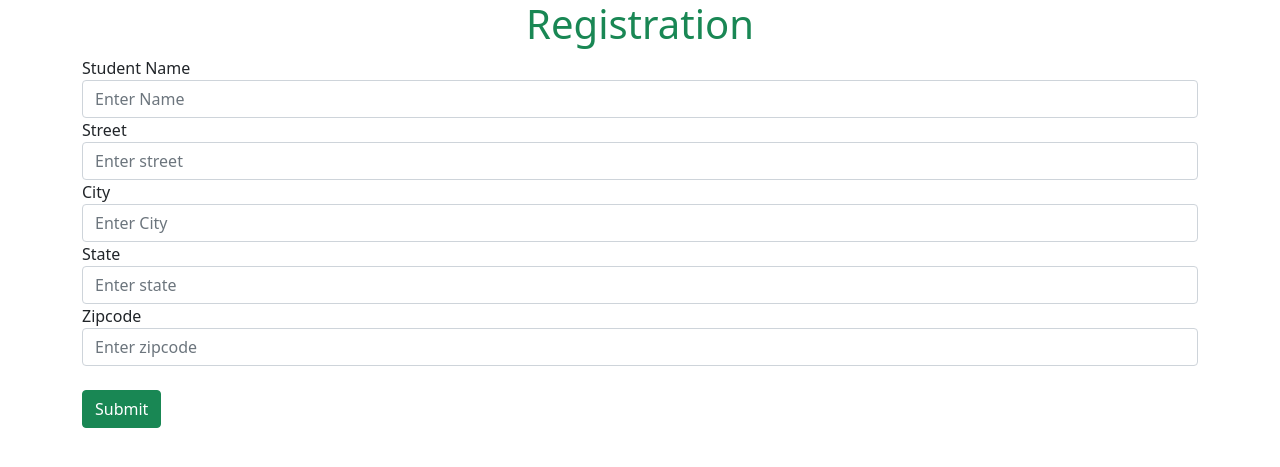
Repository: Laxman877/PracticeJava
Page: http://localhost/HibernateAssingment_004/
The author's editor kept a copy of each file at every save. The page is drawn from the files as they stood at one save, then again after the next save.
The browser window is 1280 px wide. The pictures show the whole page.
The page is served by Tomcat 9.

Above is the page before, as saved 2022-07-23 05:28:39.

After the next save:
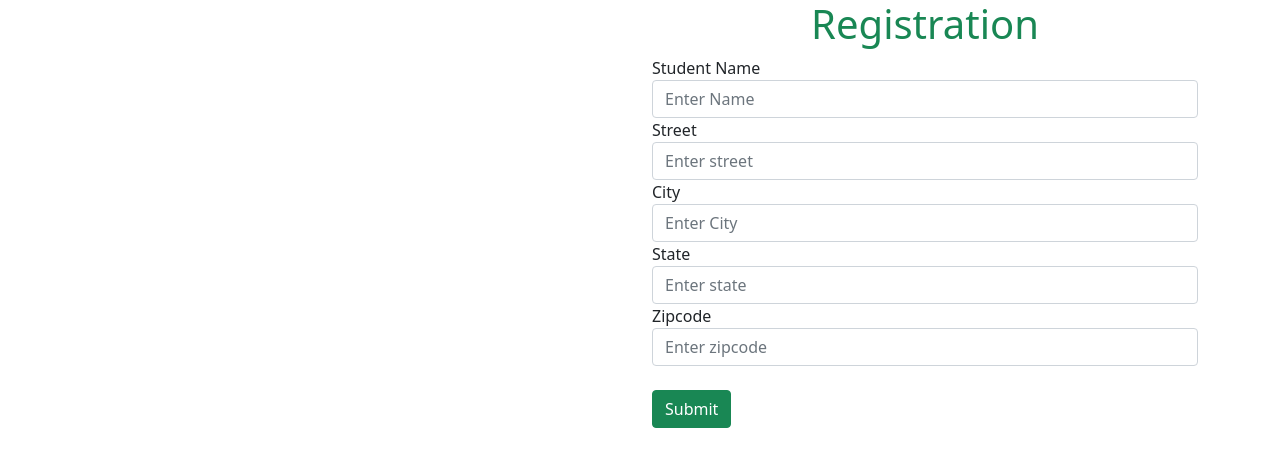
Saved 21 s later.
--- a/HibernateAssingment_004/src/main/webapp/index.jsp
+++ b/HibernateAssingment_004/src/main/webapp/index.jsp
@@ -20,6 +20,7 @@
 <body>
 	<div class="container">
 		<div class="row">
+		<div class="col md-4"></div>
 			<div class="col md-4 m-auto">
 				<h1 class="text-success" align="center">Registration</h1>
 				<form action="reg">

After the 5 saves that followed:
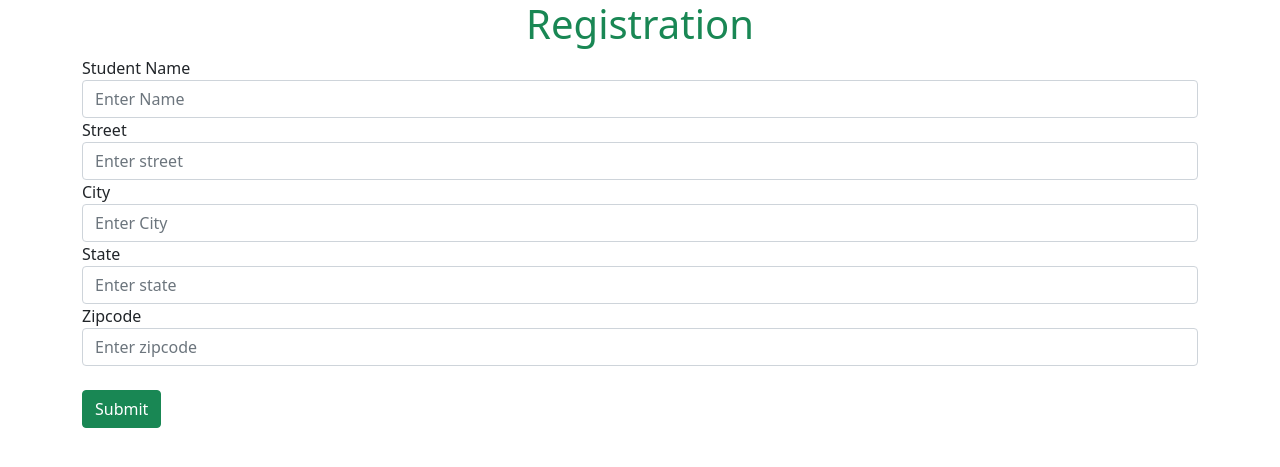
The 5 saves are shown as one change because 4 left the picture as it was.
The last was saved 4 min 18 s later.
--- a/HibernateAssingment_004/src/main/webapp/index.jsp
+++ b/HibernateAssingment_004/src/main/webapp/index.jsp
@@ -20,8 +20,8 @@
 <body>
 	<div class="container">
 		<div class="row">
-		<div class="col md-4"></div>
-			<div class="col md-4 m-auto">
+
+			<div class="col md-4">
 				<h1 class="text-success" align="center">Registration</h1>
 				<form action="reg">
 					<div class="form-group">
